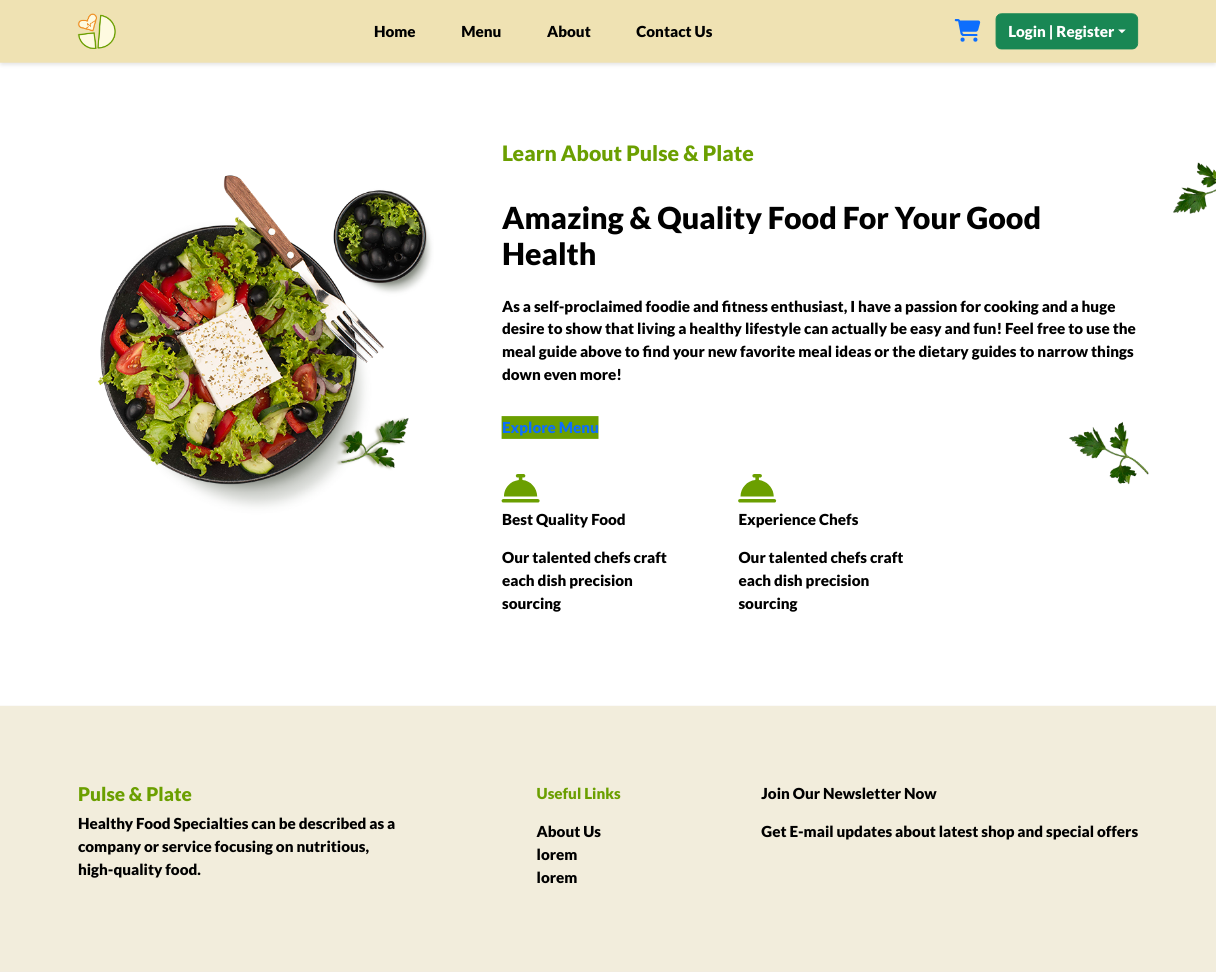
Repository: zeinawady/Pulse-and-Plate
Page: /about
The author's editor kept a copy of each file at every save. The page is drawn from the files as they stood at one save, then again after a run of saves.
The browser window is 1280 px wide. The pictures show the whole page, at 95% of full size.
The project was rebuilt for these pictures with package versions that can differ from the ones it lists, and the page was loaded fresh each time. Also part of the build but not shown: src/components/Main/Main.js, src/components/Menu/MealCard.css, src/components/Menu/MealCard.js, src/components/Menu/Categories.css, src/components/Menu/Categories.js, src/components/Menu/Menu.css, src/components/Menu/Menu.js, src/components/WhyChooseUs/WhyChooseUs.css and 18 more. Imported but missing from the stored project, and not drawn on this page: src/components/AdminProfile/AdminProfile, src/components/PaymentPage/PaymentPage.

Above is the page before, as saved 2025-05-16 22:41:36.

### public/index.html
<!DOCTYPE html>
<html lang="en">
  <head>
    <meta charset="utf-8" />
    <link rel="icon" href="%PUBLIC_URL%/images/logo-trans.png" />
    <meta name="viewport" content="width=device-width, initial-scale=1" />
    <meta name="theme-color" content="#000000" />
    <meta
      name="description"
      content="Web site created using create-react-app"
    />
    <link rel="apple-touch-icon" href="%PUBLIC_URL%/images/logo-trans.png" />
    <!--
      manifest.json provides metadata used when your web app is installed on a
      user's mobile device or desktop. See https://developers.google.com/web/fundamentals/web-app-manifest/
    -->
    <link rel="manifest" href="%PUBLIC_URL%/manifest.json" />
    <!--
      Notice the use of %PUBLIC_URL% in the tags above.
      It will be replaced with the URL of the `public` folder during the build.
      Only files inside the `public` folder can be referenced from the HTML.

      Unlike "/favicon.ico" or "favicon.ico", "%PUBLIC_URL%/favicon.ico" will
      work correctly both with client-side routing and a non-root public URL.
      Learn how to configure a non-root public URL by running `npm run build`.
    -->
    <title>Pulse And Plate</title>
  </head>
  <body>
    <noscript>You need to enable JavaScript to run this app.</noscript>
    <div id="root"></div>
    <!--
      This HTML file is a template.
      If you open it directly in the browser, you will see an empty page.

      You can add webfonts, meta tags, or analytics to this file.
      The build step will place the bundled scripts into the <body> tag.

      To begin the development, run `npm start` or `yarn start`.
      To create a production bundle, use `npm run build` or `yarn build`.
    -->
  </body>
</html>

### src/index.js
import React from 'react';
import ReactDOM from 'react-dom/client';
import './index.css';
import App from './App';
import reportWebVitals from './reportWebVitals';
import 'bootstrap/dist/css/bootstrap.min.css';
import '@fortawesome/fontawesome-free/css/all.min.css';
import 'bootstrap/dist/css/bootstrap.min.css';
import './fontAwesome';
import { BrowserRouter } from 'react-router-dom';

const root = ReactDOM.createRoot(document.getElementById('root'));
root.render(
  <React.StrictMode>
    <BrowserRouter>
      <App />
    </BrowserRouter>
  </React.StrictMode>
);

// If you want to start measuring performance in your app, pass a function
// to log results (for example: reportWebVitals(console.log))
// or send to an analytics endpoint. Learn more: https://bit.ly/CRA-vitals
reportWebVitals();

### src/App.js
import React from "react";
import "./App.css";
import Home from "./components/Home/Home";
import Footer from "./components/Footer/Footer";
import { Routes, Route } from "react-router-dom";

import Header from "./components/Header/Header";
import About from "./components/About/About";
import Menu from "./components/Menu/Menu";
import ContactUs from "./components/ContactUs/ContactUs";
import Login from "./components/Login/Login";
import SignUp from "./components/SignUp/SignUp";
import UserProfile from "./components/UserProfile/UserProfile";
import { UserProvider } from "./UserContext";
import ProductInfo from "./components/ProductInfo/ProductInfo";
import PaymentPage from "./components/PaymentPage/PaymentPage";
import AdminProfile from "./components/AdminProfile/AdminProfile";
import Dashboard from "./components/Dashboard/Dashboard";

function App() {
  return (
    <UserProvider>
      <div>
        <Header />

        {/* <Home/> */}

        <Routes>
          <Route path="/" element={<Home />} />
          <Route path="/home" element={<Home />} />
          <Route path="/about" element={<About />} />
          <Route path="/menu" element={<Menu />} />
          {/* <Route path="/contactus" element={<ContactUs />} /> */}
          <Route path="/category" element={<Menu />} />
          <Route path="/login" element={<Login />} />
          <Route path="/register" element={<SignUp />} />
          <Route path="/userAccount" element={<UserProfile />} />
          <Route path="/contactus" element={<ContactUs />} />
          <Route path="/product-info" element={<ProductInfo />} />

          <Route path="/PaymentPage" element={<PaymentPage />} />
          <Route path="/admin-profile" element={<AdminProfile />} />
          <Route path="/dashboard" element={<Dashboard />} />
          <Route path='/PaymentPage' element={<PaymentPage />} />
          <Route path='/admin-profile' element={<AdminProfile />} />
        </Routes>

        <Footer />
      </div>
    </UserProvider>
  );
}

export default App;

### src/fontAwesome.js
// src/fontAwesome.js
import { library } from '@fortawesome/fontawesome-svg-core';
import {
    faUser,
    faCartShopping,
    faHome,
    faEnvelope,
    faSearch,
    faConciergeBell,
     faPercent,
     faTruckFast,
     faCarrot,
    // Add any other icons you need here
} from '@fortawesome/free-solid-svg-icons';

// Add icons to the library
library.add(
    faUser,
    faCartShopping,
    faHome,
    faEnvelope,
    faSearch,
    faConciergeBell,
    faPercent,
    faTruckFast,
    faCarrot,

    // Add any other icons you need here
);

### src/App.css
@font-face {
  font-family: "Lato";
  src: url("../public/Fonts/Lato/Lato-Black.ttf") format("truetype");
}

:root {
  --primary-color: #6b9f00;
  --secondary-color: #ef9025;
  --light-color: hsl(47, 66%, 82%);
  --text-color: #000000;
  --font-family: "Lato", sans-serif;
  --sections-padding: 5rem;
}

body {
  margin: 0;
  padding: 0;
  border: none !important;
  outline: none !important;
  font-family: var(--font-family);
  font-weight: 500;
  -webkit-font-smoothing: antialiased;
  -moz-osx-font-smoothing: grayscale;
  background-color: #eee;

}
a{
  text-decoration: none;
}

### src/components/Footer/Footer.js
import "../../App";

import "./Footer.css";
import { Container } from "react-bootstrap";
import Button from "react-bootstrap/Button";
import { FontAwesomeIcon } from "@fortawesome/react-fontawesome";


export default function Footer() {
    return (
        <footer>
            <Container fluid="md">
            <div className="wrapper-footer">
                <div className="info">
                    <h5>Pulse & Plate</h5>
                    <p>Healthy Food Specialties can be described as a company or service focusing on nutritious, high-quality food. </p>
                </div>
                <div className="links">
                    <p >Useful Links</p>
                    <a href="#">About Us</a>
                    <a href="#">lorem</a>
                    <a href="#">lorem</a>
                </div>
                <div>
                    <p>Join Our Newsletter Now </p>
                    <p>Get E-mail updates about latest shop and special offers </p>
                </div>
            </div>
            </Container>
        </footer>
    );
}

### src/components/About/About.js
import "../../App";
import "./About.css";
import { Container } from "react-bootstrap";
import Button from "react-bootstrap/Button";
import { FontAwesomeIcon } from '@fortawesome/react-fontawesome';
import {Link} from 'react-router-dom';
export default function About() {
  return (
    <div className="about">
      <Container fluid="md" className="about-content d-flex justify-content-end text-start">
        <div className="text-box d-flex flex-column">
          <p>Learn About Pulse & Plate</p>
          <h2>Amazing & Quality Food For Your Good Health </h2>
          <p>
            As a self-proclaimed foodie and fitness enthusiast, I have a passion
            for cooking and a huge desire to show that living a healthy
            lifestyle can actually be easy and fun! Feel free to use the meal
            guide above to find your new favorite meal ideas or the dietary
            guides to narrow things down even more!
          </p>
          <div className="buttons">
            <Link to="/menu" className="custom-btn text-decoration-none">Explore Menu</Link>
          </div>
          <div className="icons">
            <div className="icon">
            <FontAwesomeIcon icon="concierge-bell" />
            <p>Best Quality Food </p>
              <p>Our talented chefs craft each dish precision sourcing</p>
            </div>
            <div className="icon">
            <FontAwesomeIcon icon="concierge-bell" />
            <p>Experience Chefs</p>
              <p>Our talented chefs craft each dish precision sourcing</p>
            </div>
          </div>
        </div>
      </Container>
    </div>
  );
}

### src/UserContext.jsx
import { createContext, useContext, useState } from 'react';

const UserContext = createContext();

export function UserProvider({ children }) {
  const [user, setUser] = useState(() => {
    const stored = localStorage.getItem('user');
    return stored ? JSON.parse(stored) : null;
  });

  const updateUser = (updatedUser) => {
    localStorage.setItem('user', JSON.stringify(updatedUser));
    setUser(updatedUser);
  };

  return (
    <UserContext.Provider value={{ user, setUser: updateUser }}>
      {children}
    </UserContext.Provider>
  );
}

export function useUser() {
    return useContext(UserContext);
}

### src/components/Footer/Footer.css
footer{
    background-color: hsla(47, 53%, 90%, 0.822);
    padding-block-start: var(--sections-padding);
    padding-block-end: var(--sections-padding);
}
.wrapper-footer{
    display: flex;
    justify-content: space-between;

}
.wrapper-footer .info{
  width: 30%;

}
.wrapper-footer .info h5{
    color: var(--primary-color);
    font-weight: 700;
}
.links>p:first-child{
font-weight: 700;
color: var(--primary-color);

}
.links{
    display: flex;
    flex-direction: column;
}
.links a{
    text-decoration: none;
    color: var(--text-color);
}
@media (max-width: 767px) {
    .wrapper-footer{
       flex-direction: column;
    }
    .wrapper-footer .info{
        width: 100%;
      }

}

### src/components/Header/Header.css
.navbar {
    box-shadow: 0 2px 4px rgba(0, 0, 0, 0.1);
    /* background-color: rgba(254, 250, 225, 0.3);
     */
     background-color: var(--light-color);
     z-index: 100;
}

.navbar-nav .nav-link,
.dropdown-menu .dropdown-item {
    color: var(--text-color);
}


/* * --> all children */
.navbar .nav-link {
    padding: 0 1.5rem !important;
    text-align: center;
}

@media (max-width: 767px) {
    .navbar .nav-link {
        padding: 0.5rem 0 !important;
    }

    .icons>svg {
        padding-top: 0.5rem;
        margin: auto;
        font-size: 1.25rem;
    }
}

.icons {
    display: flex;
    gap: 1.5rem;
}

.icons svg {
    font-size: 1.5rem;
}

.navbar-toggler {
    border: none !important;
}

.navbar-toggler:focus {
    box-shadow: none !important;
}

@media (max-width: 767px) {

    /* .navbar .dropdown-menu {
                position: absolute !important;
                top: 80% !important;
                left: 35% !important;
                background-color: var(--light-color);
                right: 0;
                width: 100%;
                z-index: 1050;
            } */
    .navbar-nav {
        .dropdown-menu {
            width: 50%;
            margin: auto;
            text-align: center;
        }

        /* .dropdown-menu[data-bs-popper] {
            top: 100%;
            left: 50%;
            transform: translateX(-50%);
        } */

        /* .nav-item,
        .nav-link {
            text-align: center;
        } */
    }
}

@media (max-width: 441px) {
    .navbar-nav {
        .dropdown-menu {
            width: 35%;
        }
    }
}

### src/components/About/About.css
.about {
  padding-block-start: var(--sections-padding);
  background-image: url("../../../public/images/about-img.png");
  background-position: center;
  background-size: cover;
  background-repeat: no-repeat;
  padding-block-end: var(--sections-padding);
  min-height: 100vh;
}

.text-box {
  padding-top: 4rem;
  max-width: 60%;
  gap: 1rem;
}
.text-box > p:first-child{
  color: var(--primary-color);
  font-weight: 600;
  font-size: 1.4rem;
}

.text-box  .icons{
  display: flex;
  margin-top: 1rem;
  gap: 3rem;
}
.icon{
  width: 30%;
}
.icon svg{
  font-size: 2.5rem;
  color: var(--primary-color);
}
.icon > p:nth-of-type(1){
  font-weight: 700;
}

@media (max-width: 767px) {
  .about-content {
    justify-content:center
  }
  .text-box {
    max-width: 100%;
    display: flex;
    flex-direction: column;
    gap: 1rem;
    text-align: center;
  }
  .text-box > p:first-child{
    text-align: center;
  }
  .icon{
    width: 100%;
  }
}

### src/components/ContactUs/ContactUs.css
body {
    margin: 0;
    padding: 0;
    border: none !important;
    outline: none !important;
    font-family: var(--font-family);
    font-weight: 500;
    -webkit-font-smoothing: antialiased;
    -moz-osx-font-smoothing: grayscale;
    background-color: #eee;
    color: var(--text-color);
}

.contact-us-page a {
    text-decoration: none;
    color: var(--primary-color);

}

.contact-us-page .container {

    padding: 20px;
    padding-top: calc(var(--header-height, 80px) + 20px);
    /* Space for fixed header + page padding */
    min-height: calc(100vh - var(--header-height, 80px));
    box-sizing: border-box;

}


.contact-us-page .title {
    text-align: center;
    font-size: 2.5rem;
    color: var(--primary-color);
    margin-bottom: 30px;
    font-weight: bold;
    position: relative;
    padding-bottom: 10px;
}


.contact-us-page .title::after {
    position: relative;
    content: '';
    position: absolute;
    left: 50%;
    bottom: 0;
    transform: translateX(-50%);
    width: 90px;
    height: 2px;
    background-color: var(--primary-color, #6b9f00);
}


.contact-us-page .content-wrapper {
    max-width: 1100px;
    margin: 0 auto;
    background-color: var(--light-color, #efe2b3);
    padding: 40px;
    border-radius: 15px;
    box-shadow: 0 8px 25px rgba(0, 0, 0, 0.3);
    display: flex;
    gap: 40px;
    align-items: flex-start;
}




.contact-us-page .form-section {
    flex: 1.5;
    /* Takes more space */
}


.contact-us-page .image-section {
    flex: 1;
    display: flex;
    align-items: center;
    justify-content: center;
}


@keyframes floatUpDown {

    0%,
    100% {
        transform: translateY(0);
    }

    50% {
        transform: translateY(-10px);
    }
}

.contact-us-page .image-section img {
    max-width: 80%;
    height: auto;
    border-radius: 10px;
    margin-top: 30px;
    opacity: 0;
    animation: fadeIn 1.5s forwards, floatUpDown 3s ease-in-out infinite;
    animation-delay: 0.2s, 1.5s;
}

@keyframes fadeIn {
    to {
        opacity: 1;
    }
}

.contact-form .form-group {
    margin-bottom: 25px;
}

.contact-form .form-label {
    display: block;
    margin-bottom: 8px;
    font-weight: 600;
    color: var(--text-color, #333);
    font-size: 0.95rem;
}

.contact-form .form-label .required-asterisk {
    color: var(--error-color, #D32F2F);
    margin-left: 2px;
}

.contact-form .form-control {
    width: 100%;
    padding: 12px 15px;
    border: 1px solid var(--input-border-color, #C5C5C5);
    border-radius: 8px;
    font-size: 1rem;
    box-sizing: border-box;
    transition: border-color 0.3s ease, box-shadow 0.3s ease;
}

.contact-form input.form-control:focus,
.contact-form textarea.form-control:focus {
    outline: none !important;
    border-color: var(--primary-color, #6b9f00) !important;
    border-width: 2px;
    box-shadow: 0 0 0 3px rgba(107, 159, 0, 0.2) !important;
}

.contact-form .error-message {
    display: block;
    color: var(--error-color, #D32F2F);
    font-size: 0.85rem;
    margin-top: 5px;
}

/* Styling for input fields with errors */
.contact-form .form-control.is-invalid {
    border-color: var(--error-color, #D32F2F);
}

.contact-form .form-control.is-invalid:focus {
    box-shadow: 0 0 0 3px rgba(211, 47, 47, 0.2);
}

.contact-form .submit-btn {
    background-color: var(--primary-color);
    color: white;
    padding: 12px 30px;
    border: none;
    border-radius: 8px;
    font-size: 1.1rem;
    font-weight: 600;
    cursor: pointer;
    transition: background-color 0.3s ease, transform 0.2s ease;
    display: inline-block;
    text-align: center;
}

.contact-form .submit-btn:hover {
    background-color: var(--secondary-color);
    /* Slightly darker brown on hover */
    transform: translateY(-2px);
}


@media (max-width: 992px) {
    .contact-us-page .content-wrapper {
        flex-direction: column;
        align-items: center;
        padding: 30px;
    }

    .contact-us-page .form-section {
        order: 1;
        width: 100%;
        max-width: 600px;
    }

    .contact-us-page .image-section {
        order: 2;
        width: 100%;
        max-width: 600px;
        margin-bottom: 20px;
        display: flex;
        justify-content: center;
    }
}

@media (max-width: 768px) {
    .contact-us-title {
        font-size: 2rem;
    }

    .contact-us-content-wrapper {
        padding: 20px;
    }

    .contact-form .form-control {
        padding: 10px 12px;
        font-size: 0.95rem;
    }

    .contact-form textarea.form-control {
        min-height: 120px;
    }

    .contact-form .submit-btn {
        width: 100%;
        font-size: 1rem;
        padding: 12px 20px;
    }
}

@media (max-width: 480px) {
    .contact-us-page-container {
        padding: 15px;
        padding-top: calc(var(--header-height, 70px) + 15px);
        /* Adjust header height for smaller mobile */
    }

    .contact-us-title {
        font-size: 1.75rem;
        margin-bottom: 20px;
    }

    .contact-us-content-wrapper {
        padding: 15px;
    }
}

### src/components/Main/Main.css
.main {
    width: 100%;
    height: 100vh;
    background-image: url("../../../public/images/mainPage.png");
    background-position: center;
    background-size: cover;
}
.cont{
    background-color: rgba(255, 255, 255, 0.5);
    height: 100%;
}
.main .inner-cont {
    height: 100%;
    display: flex;
    align-items: center;
}

.section {
    display: flex;
    flex-direction: column;
    gap: 1rem;
    max-width: 100%;
}

.section h1 {
    width: 60%;
    font-size: 4.25rem;
    font-weight: bolder;
}

.section h1 span {
    font-size: 5.5rem;
    display: block;
    color: var(--primary-color);
}

.section p {
    width: 47%;
    font-weight: 500;
}

.buttons {
    display: flex;
    gap: 1rem;
}

.custom-btn {
    background-color: var(--primary-color) !important;
    --bs-btn-border-color: var(--primary-color) !important;
    --bs-btn-hover-border-color: var(--primary-color) !important;
    --bs-btn-hover-bg: var(--primary-color) !important;
    font-weight: 600 !important;
}

/* Responsive Styles */
@media (max-width: 991px) {
    .section h1 {
        width: 75%;
        font-size: 3rem;
    }
    .section span{
        font-size: 4.5rem !important;
    }
}

@media (max-width: 767px) {
    .section {
        text-align: center;
        justify-content: center;
        align-items: center;
        margin: 0 2.5rem;
    }

    .section h1 {
        width: 100%;
        font-size: 2rem !important;
    }

        .section span {
            font-size: 2.5rem;
        }

    .section p {
        width: 100%;
        font-size: 0.875rem;
    }

    .buttons {
        justify-content: center;
        margin-top: 1rem;
        flex-wrap: wrap;
    }
}

@media (max-width: 540px) {

    .section {
        margin: 0;
    }
         .section h1 {
             font-size: 1.75rem !important;
         }

         .section span {
             font-size: 2.25rem !important;
         }
}

Loaded but not shown: src/index.css (common file); src/reportWebVitals.js (common file); src/components/Header/Header.js (79 lines, source omitted)

After the next 2 saves:
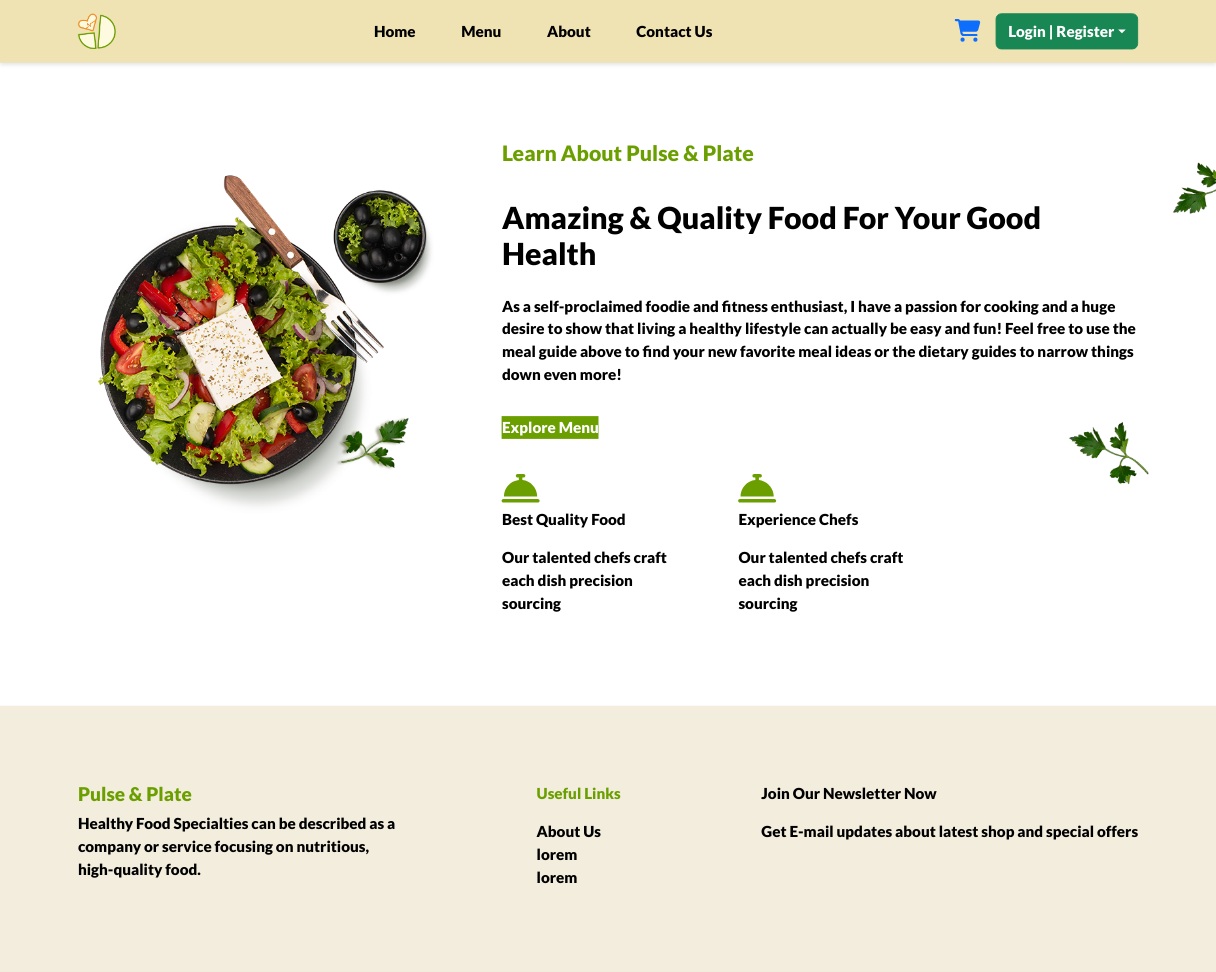
The 2 saves are shown as one change because they came seconds apart.
The last was saved 8 s later.
--- a/src/components/About/About.js
+++ b/src/components/About/About.js
@@ -19,7 +19,7 @@ export default function About() {
             guides to narrow things down even more!
           </p>
           <div className="buttons">
-            <Link to="/menu" className="custom-btn text-decoration-none">Explore Menu</Link>
+            <Link to="/menu" className="custom-btn text-decoration-none text-white">Explore Menu</Link>
           </div>
           <div className="icons">
             <div className="icon">
